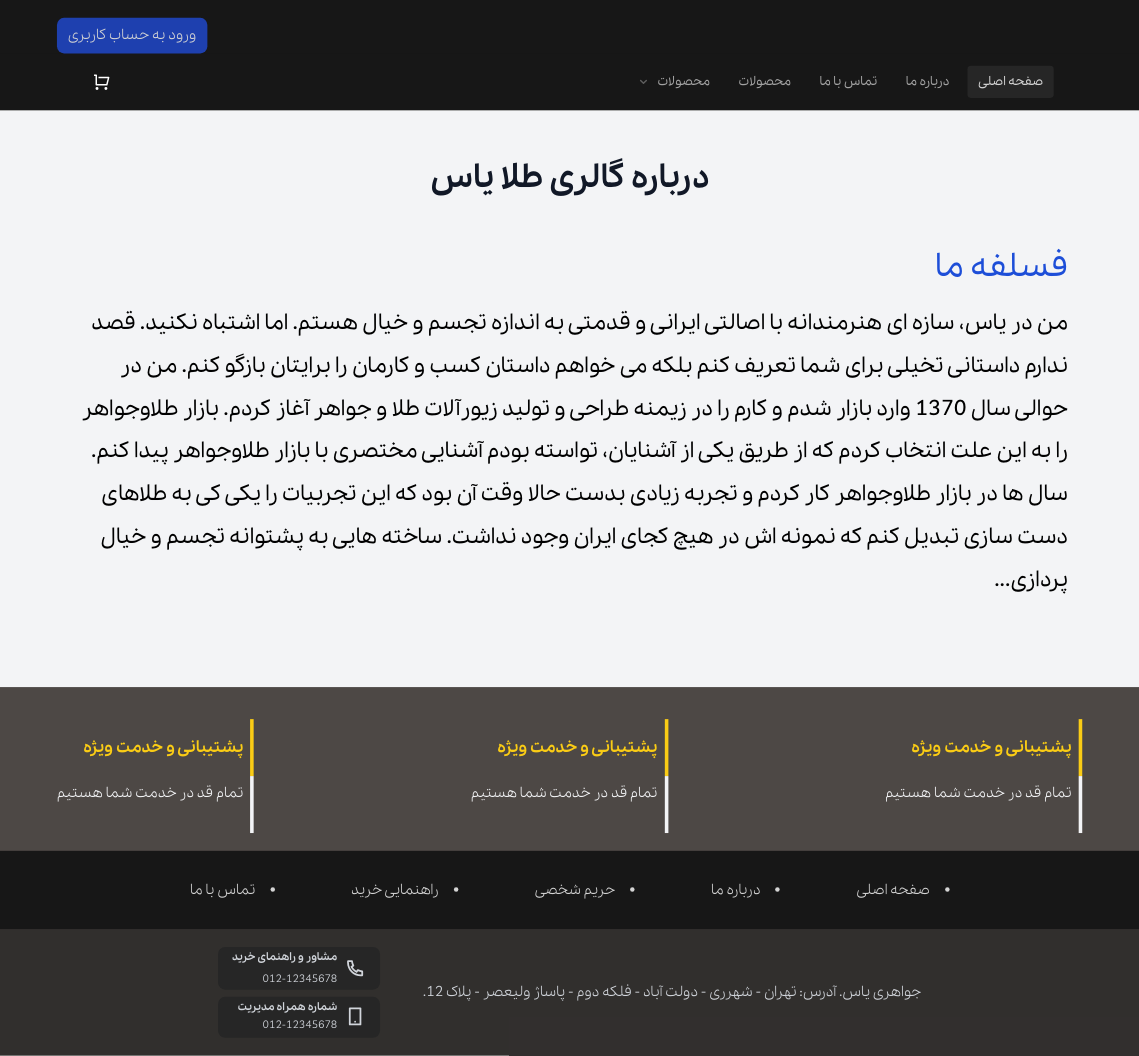
Repository: aliakbarmotallebi/yasgoldgallery-ui
Page: /about
These files come from the project's save history. The page is drawn as it stood at one moment and after the next save; the edit follows.
The browser window is 1280 px wide. The pictures show the whole page, at 89% of full size.
The project was rebuilt for these pictures with package versions that can differ from the ones it lists, and the page was loaded fresh each time. Also part of the build but not shown: src/components/Brands.jsx, src/components/GridImages.js, src/components/SpecialComments.jsx, src/components/CardProduct.jsx, src/components/SpecialProducts.jsx, src/components/SuggestedProducts.jsx, src/pages/HomePage.jsx, src/pages/NotFound.jsx and 4 more.

Above is the page before, as saved 2023-01-16 12:22:10.

### public/index.html
<!DOCTYPE html>
<html lang="en" dir="rtl">
  <head>
    <meta charset="utf-8" />
    <link rel="icon" href="%PUBLIC_URL%/favicon.ico" />
    <meta name="viewport" content="width=device-width, initial-scale=1" />
    <meta name="theme-color" content="#000000" />
    <meta
      name="description"
      content="Web site created using create-react-app"
    />
    <link rel="apple-touch-icon" href="%PUBLIC_URL%/logo192.png" />
    <!--
      manifest.json provides metadata used when your web app is installed on a
      user's mobile device or desktop. See https://developers.google.com/web/fundamentals/web-app-manifest/
    -->
    <link rel="manifest" href="%PUBLIC_URL%/manifest.json" />
    <!--
      Notice the use of %PUBLIC_URL% in the tags above.
      It will be replaced with the URL of the `public` folder during the build.
      Only files inside the `public` folder can be referenced from the HTML.

      Unlike "/favicon.ico" or "favicon.ico", "%PUBLIC_URL%/favicon.ico" will
      work correctly both with client-side routing and a non-root public URL.
      Learn how to configure a non-root public URL by running `npm run build`.
    -->
    <title>گالری یاس</title>
  </head>
  <body>
    <noscript>You need to enable JavaScript to run this app.</noscript>
    <div id="root"></div>
    <!--
      This HTML file is a template.
      If you open it directly in the browser, you will see an empty page.

      You can add webfonts, meta tags, or analytics to this file.
      The build step will place the bundled scripts into the <body> tag.

      To begin the development, run `npm start` or `yarn start`.
      To create a production bundle, use `npm run build` or `yarn build`.
    -->
  </body>
</html>

### src/assets/styles/index.css
@import "./fonts.css";
@tailwind base;
@tailwind components;
@tailwind utilities;


@layer base {
    body {
        @apply font-pelak;
    }
}

### src/assets/styles/fonts.css
@font-face {
    /* Pelak Thin */
    font-family: "Pelak";
    font-style: normal;
    font-weight: 100;

    src:url('../fonts/pelak/eot/Pelak-Thin.eot'); /* IE9 Compat Modes */
    src:url('../fonts/pelak/eot/Pelak-Thin.eot?#iefix') format('embedded-opentype'), /* IE6-IE8 */
    url('../fonts/pelak/woff2/Pelak-Thin.woff2') format('woff2'), /* Super Modern Browsers */
    url('../fonts/pelak/woff/Pelak-Thin.woff') format('woff'), /* Pretty Modern Browsers */
    url('../fonts/pelak/ttf/Pelak-Thin.ttf') format('truetype'), /* Safari, Android, iOS */
    url('../fonts/pelak/otf/Pelak-Thin.otf') format('opentype');
}

@font-face {
    /* Pelak Light */
    font-family: "Pelak";
    font-style: normal;
    font-weight: 200;

    src:url('../fonts/pelak/eot/Pelak-light.eot');
    src:url('../fonts/pelak/eot/Pelak-light.eot') format('embedded-opentype'),
    url('../fonts/pelak/woff2/Pelak-light.woff2') format('woff2'),
    url('../fonts/pelak/woff/Pelak-light.woff') format('woff'),
    url('../fonts/pelak/ttf/Pelak-light.ttf') format('truetype'),
    url('../fonts/pelak/otf/Pelak-light.otf') format('opentype');
}

@font-face {
    /* Pelak Regular */
    font-family: "Pelak";
    font-style: normal;
    font-weight: 400;

    src:url('../fonts/pelak/eot/Pelak-Regular.eot');
    src:url('../fonts/pelak/eot/Pelak-Regular.eot') format('embedded-opentype'),
    url('../fonts/pelak/woff2/Pelak-Regular.woff2') format('woff2'),
    url('../fonts/pelak/woff/Pelak-Regular.woff') format('woff'),
    url('../fonts/pelak/ttf/Pelak-Regular.ttf') format('truetype'),
    url('../fonts/pelak/otf/Pelak-Regular.otf') format('opentype');
}

@font-face {
    /* Pelak Medium */
    font-family: "Pelak";
    font-style: normal;
    font-weight: 500;

    src:url('../fonts/pelak/eot/Pelak-Medium.eot');
    src:url('../fonts/pelak/eot/Pelak-Medium.eot') format('embedded-opentype'),
    url('../fonts/pelak/woff2/Pelak-Medium.woff2') format('woff2'),
    url('../fonts/pelak/woff/Pelak-Medium.woff') format('woff'),
    url('../fonts/pelak/ttf/Pelak-Medium.ttf') format('truetype'),
    url('../fonts/pelak/otf/Pelak-Medium.otf') format('opentype');
}

@font-face {
    /* Pelak Semi-Bold */
    font-family: "Pelak";
    font-style: normal;
    font-weight: 600;

    src:url('../fonts/pelak/eot/Pelak-SemiBold.eot');
    src:url('../fonts/pelak/eot/Pelak-SemiBold.eot') format('embedded-opentype'),
    url('../fonts/pelak/woff2/Pelak-SemiBold.woff2') format('woff2'),
    url('../fonts/pelak/woff/Pelak-SemiBold.woff') format('woff'),
    url('../fonts/pelak/ttf/Pelak-SemiBold.ttf') format('truetype'),
    url('../fonts/pelak/otf/Pelak-SemiBold.otf') format('opentype');
}

@font-face {
    /* Pelak Bold */
    font-family: "Pelak";
    font-style: normal;
    font-weight: 700;

    src:url('../fonts/pelak/eot/Pelak-Bold.eot');
    src:url('../fonts/pelak/eot/Pelak-Bold.eot') format('embedded-opentype'),
    url('../fonts/pelak/woff2/Pelak-Bold.woff2') format('woff2'),
    url('../fonts/pelak/woff/Pelak-Bold.woff') format('woff'),
    url('../fonts/pelak/ttf/Pelak-Bold.ttf') format('truetype'),
    url('../fonts/pelak/otf/Pelak-Bold.otf') format('opentype');
}

@font-face {
    /* Pelak Extra-Bold */
    font-family: "Pelak";
    font-style: normal;
    font-weight: 800;

    src:url('../fonts/pelak/eot/Pelak-ExtraBold.eot');
    src:url('../fonts/pelak/eot/Pelak-ExtraBold.eot') format('embedded-opentype'),
    url('../fonts/pelak/woff2/Pelak-ExtraBold.woff2') format('woff2'),
    url('../fonts/pelak/woff/Pelak-ExtraBold.woff') format('woff'),
    url('../fonts/pelak/ttf/Pelak-ExtraBold.ttf') format('truetype'),
    url('../fonts/pelak/otf/Pelak-ExtraBold.otf') format('opentype');
}

@font-face {
    /* Pelak Black */
    font-family: "Pelak";
    font-style: normal;
    font-weight: 900;

    src:url('../fonts/pelak/eot/Pelak-Black.eot');
    src:url('../fonts/pelak/eot/Pelak-Black.eot') format('embedded-opentype'),
    url('../fonts/pelak/woff2/Pelak-Black.woff2') format('woff2'),
    url('../fonts/pelak/woff/Pelak-Black.woff') format('woff'),
    url('../fonts/pelak/ttf/Pelak-Black.ttf') format('truetype'),
    url('../fonts/pelak/otf/Pelak-Black.otf') format('opentype');
}

### src/components/Layout.jsx
import Footer from "./Footer";
import Header from "./Header";

const Layout = ({children}) => {
    return (
        <>
            <div
                className="flex flex-col mx-auto w-full min-h-screen bg-[#4d4845] text-neutral-300">
                <Header />
                <main className="flex-grow">
                    {children}
                </main>
                <Footer />
            </div>
        </>
    );
}
export default Layout;

### src/pages/AboutPage.jsx
const AboutPage = () => {
    return (
        <>
            <div className="bg-gray-100 px-4 xl:px-4 py-14">
                <div className="mx-auto container text-center">
                     <h2 className="text-4xl font-bold text-gray-900">
                         درباره گالری طلا یاس
                     </h2>
                </div>

                <div className="text-2xl text-black tracking-normal px-16 py-10 font-medium leading-loose">
                    <h3 className="font-medium text-4xl py-5 text-blue-700">
                        فسلفه ما
                    </h3>

                    من در یاس، سازه ای هنرمندانه با اصالتی ایرانی و قدمتی به اندازه تجسم و خیال هستم. اما اشتباه نکنید.
                    قصد ندارم داستانی تخیلی برای شما تعریف کنم بلکه می خواهم داستان کسب و کارمان را برایتان بازگو کنم.
                     من در حوالی سال 1370 وارد بازار شدم و کارم را در زیمنه طراحی و تولید زیورآلات طلا و جواهر آغاز کردم.
                     بازار طلاوجواهر را به این علت انتخاب کردم که از طریق یکی از آشنایان، تواسته بودم آشنایی مختصری با بازار طلاوجواهر پیدا کنم.
                     سال ها در بازار طلاوجواهر کار کردم و تجربه زیادی بدست
                     حالا وقت آن بود که این تجربیات را یکی کی به طلاهای دست سازی تبدیل کنم که نمونه اش در هیچ کجای ایران وجود نداشت.
                     ساخته هایی به پشتوانه تجسم و خیال پردازی...

                </div>
            </div>

            <div class="flex justify-between px-2 xl:px-16 py-5">
                <div class="mt-4 flex gap-2">
                    <div>
                        <div class="flex items-center h-16 border-l-4 border-yellow-400"></div>
                        <div class="flex items-center h-16 border-l-4 border-gray-100"></div>
                    </div>
                    <div>
                        <div class="flex items-center h-16">
                            <span class="text-lg text-yellow-400 font-bold">
                                پشتیبانی و خدمت ویژه
                            </span>
                        </div>
                        <div class="flex items-center py-2">
                            <span class="text-gray-100">
                            تمام قد در خدمت شما هستیم
                            </span>
                        </div>
                    </div>
                </div>
                <div class="mt-4 flex gap-2">
                    <div>
                        <div class="flex items-center h-16 border-l-4 border-yellow-400"></div>
                        <div class="flex items-center h-16 border-l-4 border-gray-100"></div>
                    </div>
                    <div>
                        <div class="flex items-center h-16">
                            <span class="text-lg text-yellow-400 font-bold">
                                پشتیبانی و خدمت ویژه
                            </span>
                        </div>
                        <div class="flex items-center py-2">
                            <span class="text-gray-100">
                            تمام قد در خدمت شما هستیم
                            </span>
                        </div>
                    </div>
                </div>
                <div class="mt-4 flex gap-2">
                    <div>
                        <div class="flex items-center h-16 border-l-4 border-yellow-400"></div>
                        <div class="flex items-center h-16 border-l-4 border-gray-100"></div>
                    </div>
                    <div>
                        <div class="flex items-center h-16">
                            <span class="text-lg text-yellow-400 font-bold">
                                پشتیبانی و خدمت ویژه
                            </span>
                        </div>
                        <div class="flex items-center py-2">
                            <span class="text-gray-100">
                            تمام قد در خدمت شما هستیم
                            </span>
                        </div>
                    </div>
                </div>

            </div>
        </>
    );
}

export default AboutPage;

### src/components/Footer.jsx
const Footer = () => {
    return (
        <>
            <footer>
                <div className="bg-neutral-900">
                    <div className="md:w-10/12 lg:w-8/12 m-auto py-8">
                        <ul class="flex flex-wrap items-center justify-between md:flex-nowrap list-disc list-inside">
                            <li>
                                <a href="#" class="hover:text-sky-400 transition whitespace-nowrap">صفحه اصلی</a>
                            </li>
                            <li>
                                <a href="#" class="hover:text-sky-400 transition whitespace-nowrap">
                                    درباره ما
                                </a>
                            </li>
                            <li>
                                <a href="#" class="hover:text-sky-400 transition whitespace-nowrap">
                                    حریم شخصی
                                </a>
                            </li>
                            <li>
                                <a href="#" class="hover:text-sky-400 transition whitespace-nowrap">
                                    راهنمایی خرید
                                </a>
                            </li>
                            <li>
                                <a href="#" class="hover:text-sky-400 transition whitespace-nowrap">تماس با ما</a>
                            </li>
                        </ul>
                    </div>
                </div>

                <div className="bg-neutral-900/50">
                    <div>
                        <div class="flex flex-wrap items-center justify-between md:flex-nowrap">
                            <div class="w-full space-x-12 items-center space-x-reverse flex justify-center text-gray-300 py-5">
                                <div>
                                    جواهری یاس. آدرس: تهران - شهرری - دولت آباد - فلکه دوم - پاساژ ولیعصر - پلاک 12.
                                </div>

                                <ul role="list" class="space-y-2">
                                    <li className="bg-neutral-800 rounded-lg px-4 py-1">
                                        <div className="inline-flex items-center space-x-2 space-x-reverse">
                                            <svg xmlns="http://www.w3.org/2000/svg" class="fill-current" viewBox="0 0 24 24" width="24" height="24"><path fill="none" d="M0 0h24v24H0z" /><path d="M9.366 10.682a10.556 10.556 0 0 0 3.952 3.952l.884-1.238a1 1 0 0 1 1.294-.296 11.422 11.422 0 0 0 4.583 1.364 1 1 0 0 1 .921.997v4.462a1 1 0 0 1-.898.995c-.53.055-1.064.082-1.602.082C9.94 21 3 14.06 3 5.5c0-.538.027-1.072.082-1.602A1 1 0 0 1 4.077 3h4.462a1 1 0 0 1 .997.921A11.422 11.422 0 0 0 10.9 8.504a1 1 0 0 1-.296 1.294l-1.238.884zm-2.522-.657l1.9-1.357A13.41 13.41 0 0 1 7.647 5H5.01c-.006.166-.009.333-.009.5C5 12.956 11.044 19 18.5 19c.167 0 .334-.003.5-.01v-2.637a13.41 13.41 0 0 1-3.668-1.097l-1.357 1.9a12.442 12.442 0 0 1-1.588-.75l-.058-.033a12.556 12.556 0 0 1-4.702-4.702l-.033-.058a12.442 12.442 0 0 1-.75-1.588z" /></svg>
                                            <div className="text-xs text-white-200">
                                                <div className="font-bold mb-2">
                                                    مشاور و راهنمای خرید
                                                </div>
                                                012-12345678
                                            </div>
                                        </div>
                                    </li>
                                    <li className="bg-neutral-800 rounded-lg px-4 py-1">
                                        <div className="inline-flex items-center space-x-2 space-x-reverse">
                                            <svg xmlns="http://www.w3.org/2000/svg" class="fill-current" viewBox="0 0 24 24" width="24" height="24"><path fill="none" d="M0 0h24v24H0z" /><path d="M7 4v16h10V4H7zM6 2h12a1 1 0 0 1 1 1v18a1 1 0 0 1-1 1H6a1 1 0 0 1-1-1V3a1 1 0 0 1 1-1zm6 15a1 1 0 1 1 0 2 1 1 0 0 1 0-2z" /></svg>
                                            <div className="text-xs text-white-200">
                                                <div className="font-bold mb-1">
                                                    شماره همراه مدیریت
                                                </div>
                                                012-12345678
                                            </div>
                                        </div>
                                    </li>
                                </ul>
                            </div>
                        </div>
                    </div>
                </div>

            </footer>
        </>
        );
    };
export default Footer;

### src/components/Modal.jsx
import React, { useRef, useEffect, useCallback } from "react";

const Modal = ({ title, showModal, setShowModal, children }) => {
  const keyPress = useCallback(
    (e) => {
      if (e.key === "Escape" && showModal) {
        setShowModal(false);
        console.log("I pressed");
      }
    },
    [setShowModal, showModal]
  );

  useEffect(() => {
    document.addEventListener("keydown", keyPress);
    return () => document.removeEventListener("keydown", keyPress);
  }, [keyPress]);

  return (
    <>
      {showModal ? (
        <div onClick={() => setShowModal(false) }className="fixed top-0 left-0 right-0 z-50 w-full p-4 overflow-x-hidden overflow-y-auto md:inset-0 h-modal md:h-full bg-black/90">
          <div className="flex justify-center items-center h-full">
            <div className="relative w-full h-full max-w-2xl md:h-auto">
              <div className="relative bg-white rounded-lg shadow dark:bg-gray-700">
                <div className="p-6 space-y-6">{children}</div>
              </div>
            </div>
          </div>
        </div>
      ) : null}
    </>
  );
};

export default Modal;

Loaded but not shown: src/Router.js (25 lines, source omitted); src/index.js (11 lines, source omitted); tailwind.config.js (15 lines, source omitted); src/App.js (9 lines, source omitted); src/components/Header.jsx (145 lines, source omitted)

After the next save:
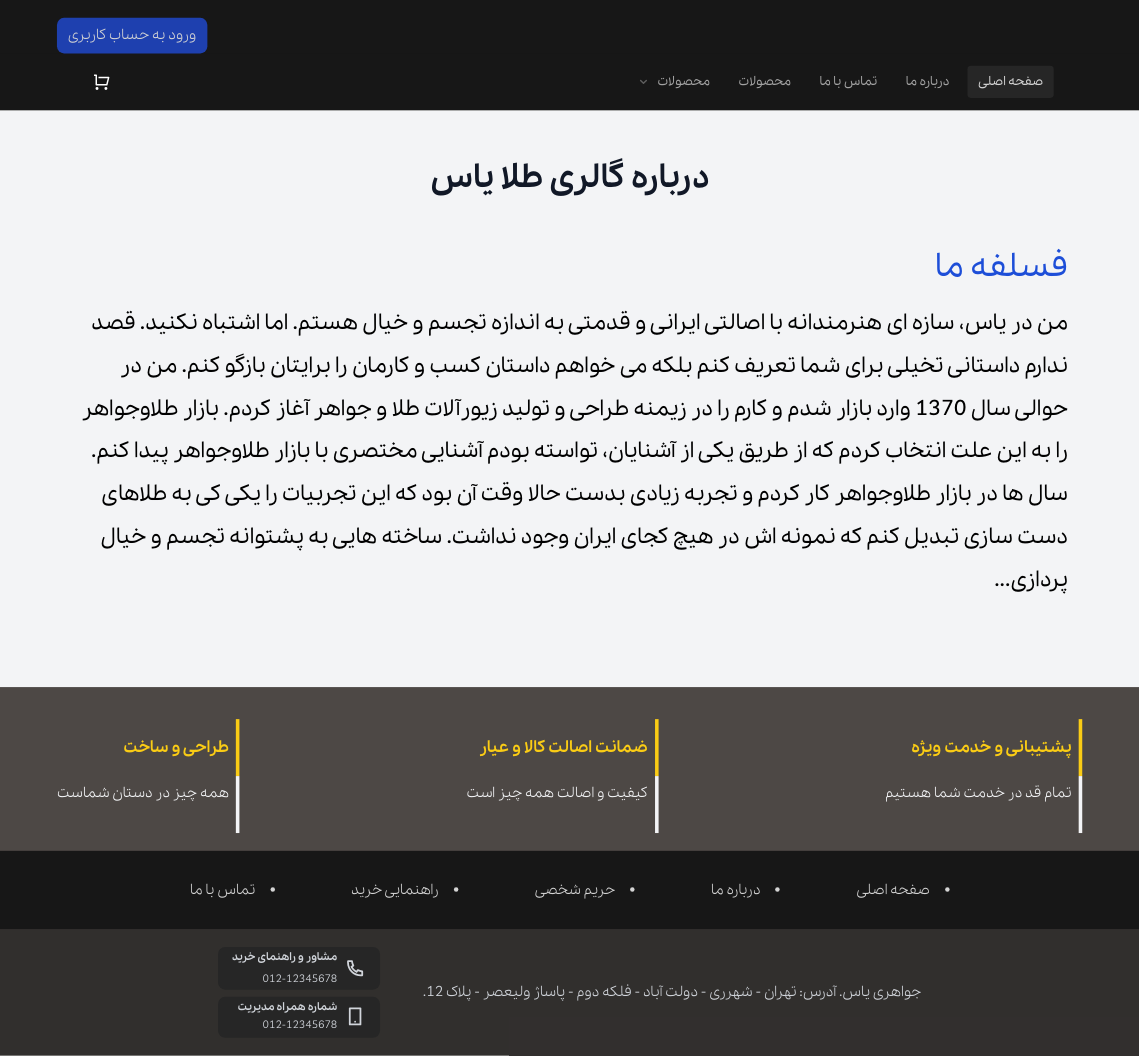
Saved 82 s later.
--- a/src/pages/AboutPage.jsx
+++ b/src/pages/AboutPage.jsx
@@ -51,12 +51,12 @@ const AboutPage = () => {
                     <div>
                         <div class="flex items-center h-16">
                             <span class="text-lg text-yellow-400 font-bold">
-                                پشتیبانی و خدمت ویژه
+                               ضمانت اصالت کالا و عیار
                             </span>
                         </div>
                         <div class="flex items-center py-2">
                             <span class="text-gray-100">
-                            تمام قد در خدمت شما هستیم
+                            کیفیت و اصالت همه چیز است
                             </span>
                         </div>
                     </div>
@@ -69,12 +69,12 @@ const AboutPage = () => {
                     <div>
                         <div class="flex items-center h-16">
                             <span class="text-lg text-yellow-400 font-bold">
-                                پشتیبانی و خدمت ویژه
+                                طراحی و ساخت
                             </span>
                         </div>
                         <div class="flex items-center py-2">
                             <span class="text-gray-100">
-                            تمام قد در خدمت شما هستیم
+                            همه چیز در دستان شماست
                             </span>
                         </div>
                     </div>
